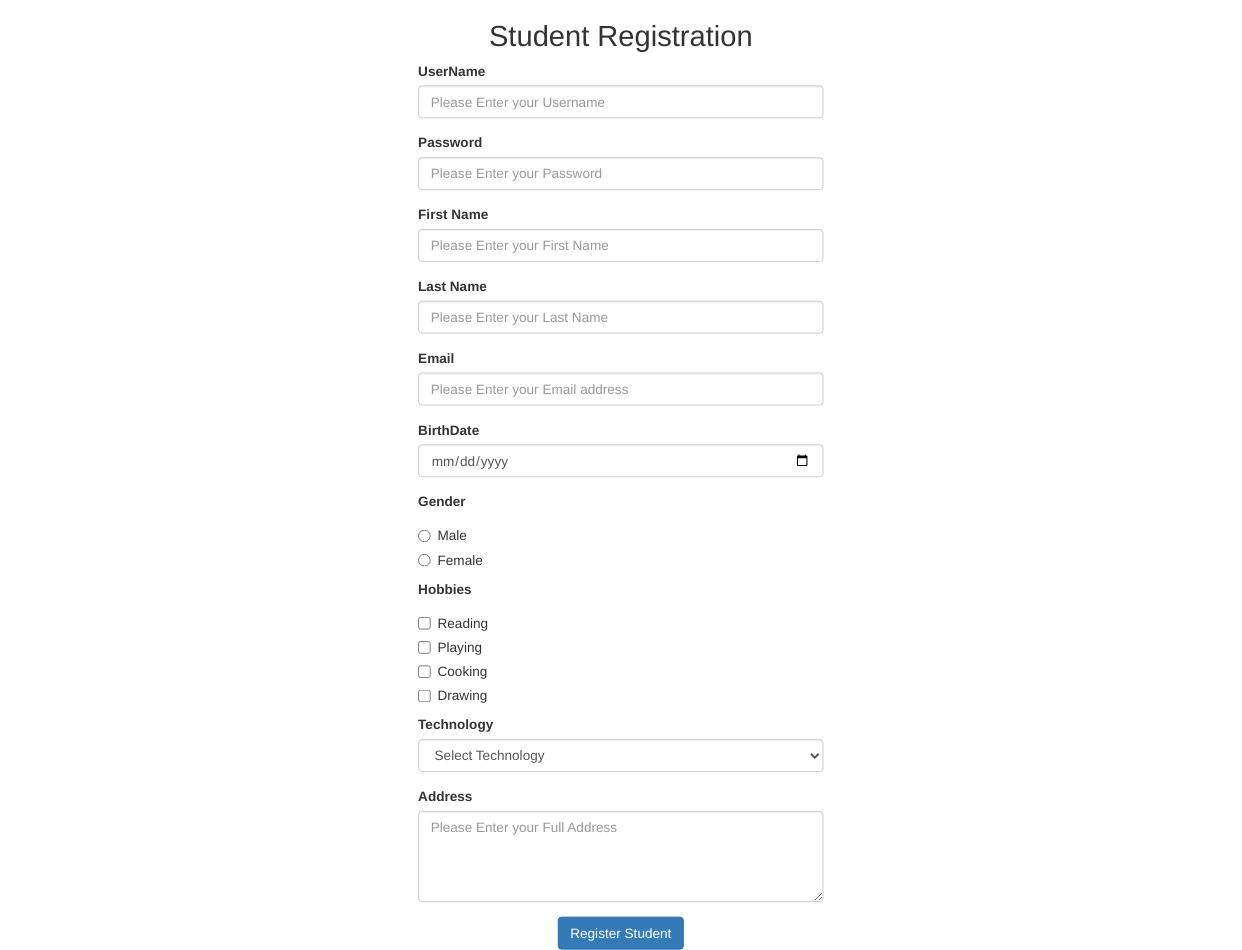
Repository: krutishilp/Sample
Page: http://localhost/couponandproductproject/createCoupon.jsp
The author's editor kept a copy of each file at every save. The page is drawn from the files as they stood at one save, then again after the next save.
The browser window is 1280 px wide. The pictures show the whole page, at 97% of full size.
The page is served by Tomcat 9.

Above is the page before, as saved 2020-09-04 05:28:35.

After the next save:
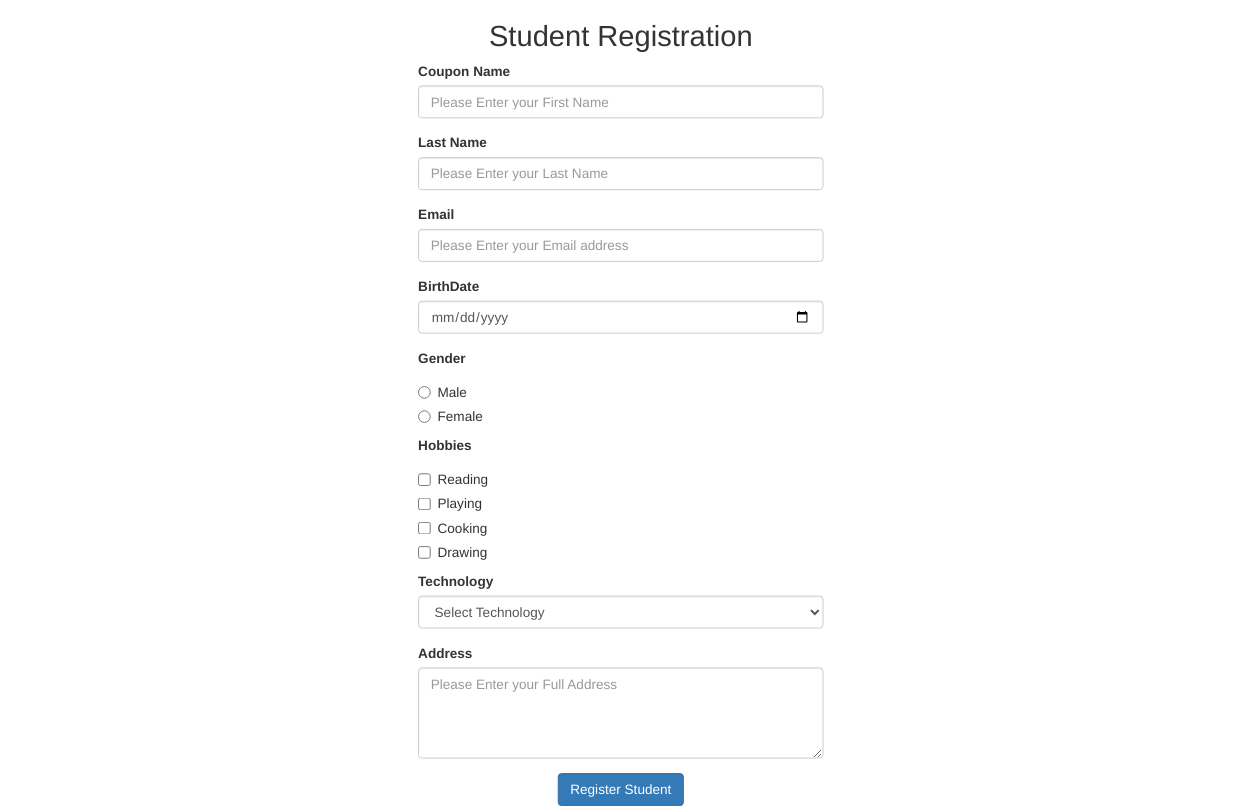
Saved 77 s later.
--- a/JAVA-Eclipse-workspace/couponandproductproject/src/main/webapp/createCoupon.jsp
+++ b/JAVA-Eclipse-workspace/couponandproductproject/src/main/webapp/createCoupon.jsp
@@ -20,20 +20,10 @@
 
 		<form action="register" method="post">
 			<h2 class="text-center">Student Registration</h2>
-			<div class="form-group">
-				<label for="username">UserName</label> <input type="text"
-					class="form-control" name="userName" id="username" required
-					placeholder="Please Enter your Username">
-			</div>
-			<div class="form-group">
-				<label for="pass">Password</label> <input type="password"
-					class="form-control" name="password" id="pass" required
-					placeholder="Please Enter your Password">
-			</div>
 
 			<div class="form-group">
-				<label for="fname">First Name</label> <input type="text"
-					class="form-control" name="fName" id="fname" required
+				<label for="couponname">Coupon Name</label> <input type="text"
+					class="form-control" name="couponName" id="couponname" required
 					placeholder="Please Enter your First Name">
 			</div>
 
